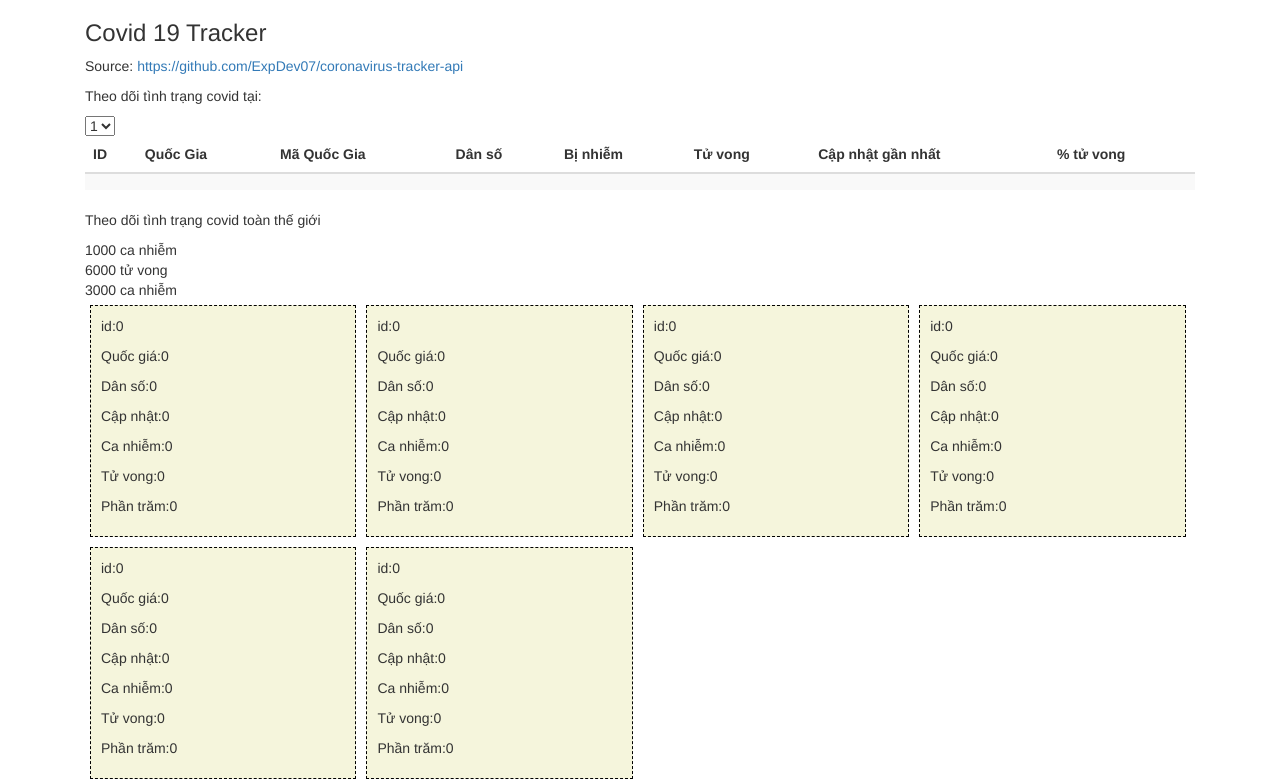
Repository: critdang/electro_store
Page: javascript_project/covid_tracker/index.html
The author's editor kept a copy of each file at every save. The page is drawn from the files as they stood at one save, then again after the next save.
The browser window is 1280 px wide. The pictures show the whole page.
The page's requests for data from a server got no answer.

Above is the page before, as saved 2021-09-23 13:21:57.
Console error (its wording comes from the project's code and is left out).

After the next save:
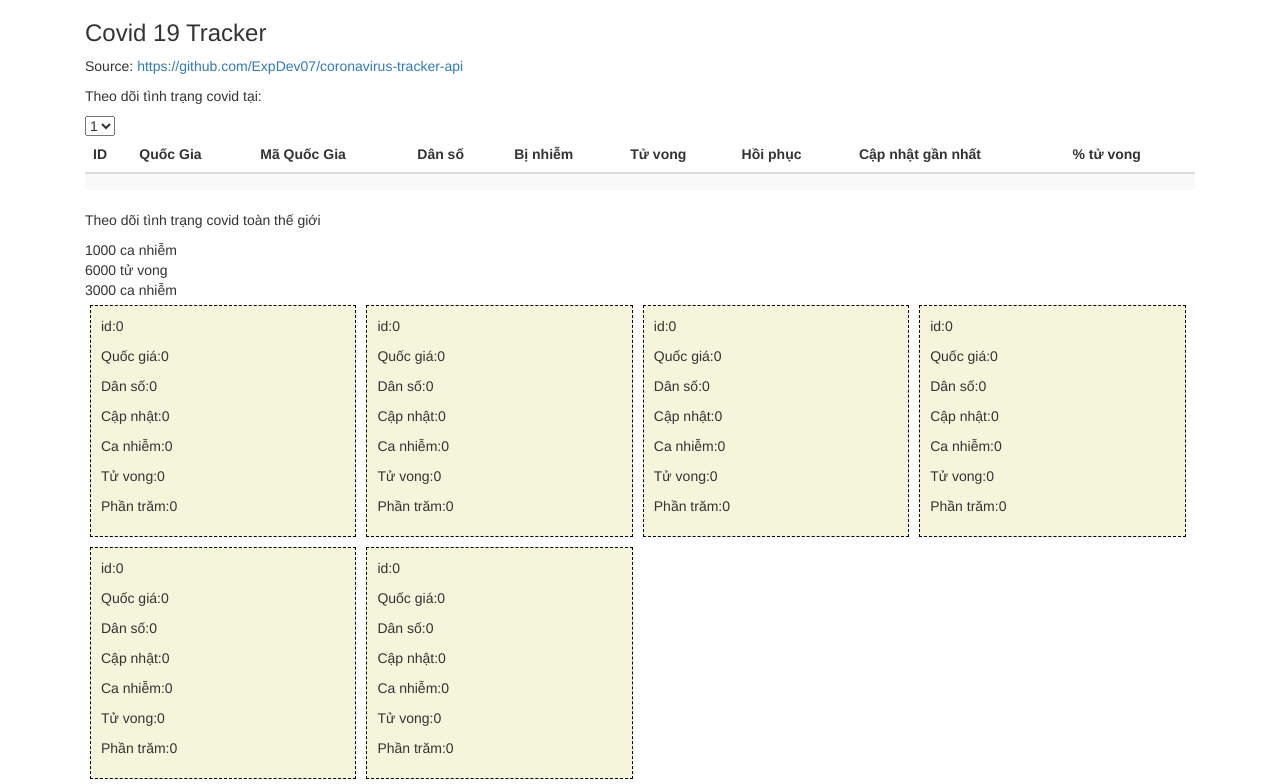
Saved 31 s later.
--- a/javascript_project/covid_tracker/index.html
+++ b/javascript_project/covid_tracker/index.html
@@ -46,6 +46,7 @@
                     <th>Dân số</th>
                     <th>Bị nhiễm</th>
                     <th>Tử vong</th>
+                    <th>Hồi phục</th>
                     <th>Cập nhật gần nhất</th>
                     <th>% tử vong</th>
 
@@ -59,6 +60,7 @@
                     <td><div id="danso"></div></td>
                     <td><div id="canhiem"></div></td>
                     <td><div id="tuvong"></div></td>
+                    <td><div id="hoiphuc"></div></td>
                     <td><div id="capnhat"></div></td>
                     <td><div id="phantram"></div></td>
                   </tr>
